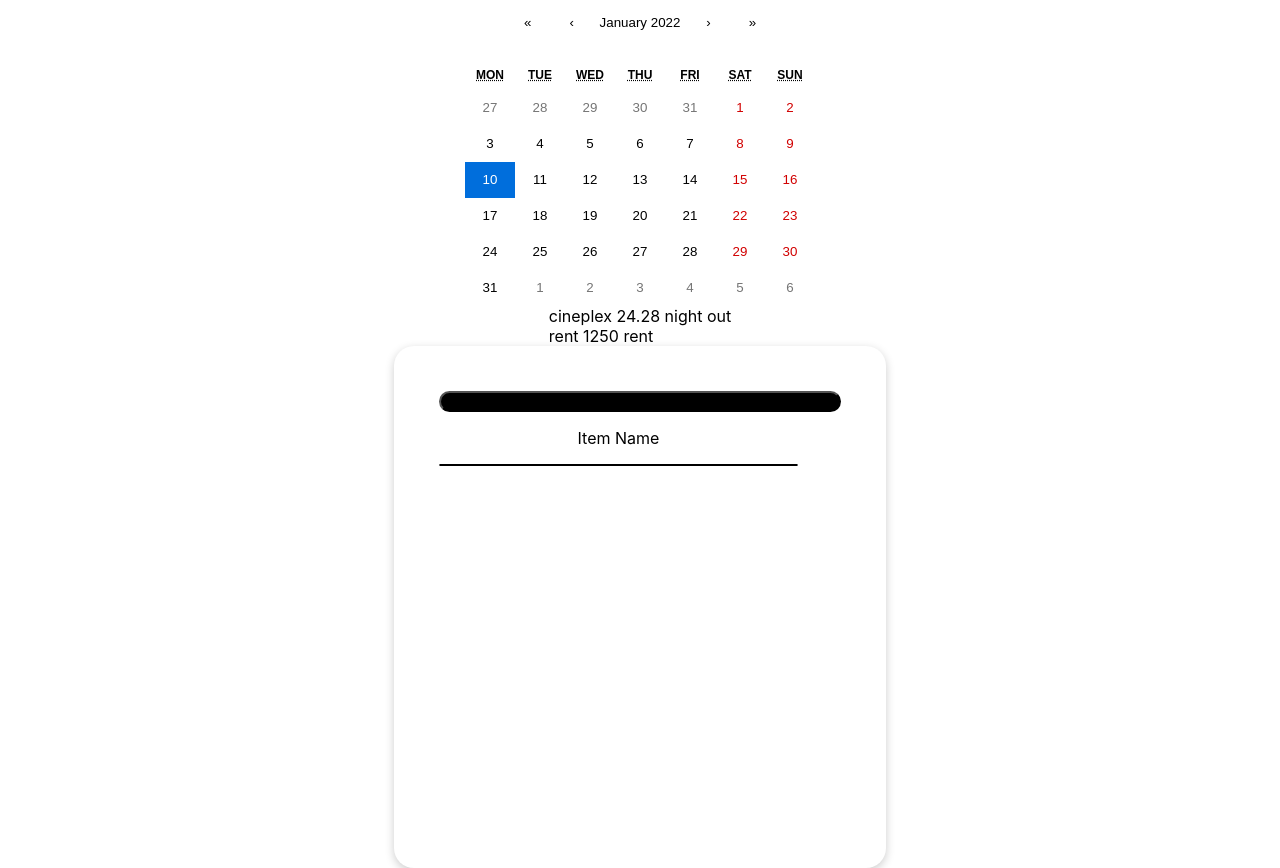
Repository: julianm09/expense-tracker
Page: /
An editor plug-in stored every save of this project. The page is shown before and after the next save, followed by the edit.
The browser window is 1280 px wide. The pictures show the whole page.
The project was rebuilt for these pictures with package versions that can differ from the ones it lists, and the page was loaded fresh each time. The framework's server and built-in components were replaced by stand-ins that run in the browser. Also part of the build but not shown: next.config.js.

Above is the page before, as saved 2022-01-10 14:58:20.

After the next save:
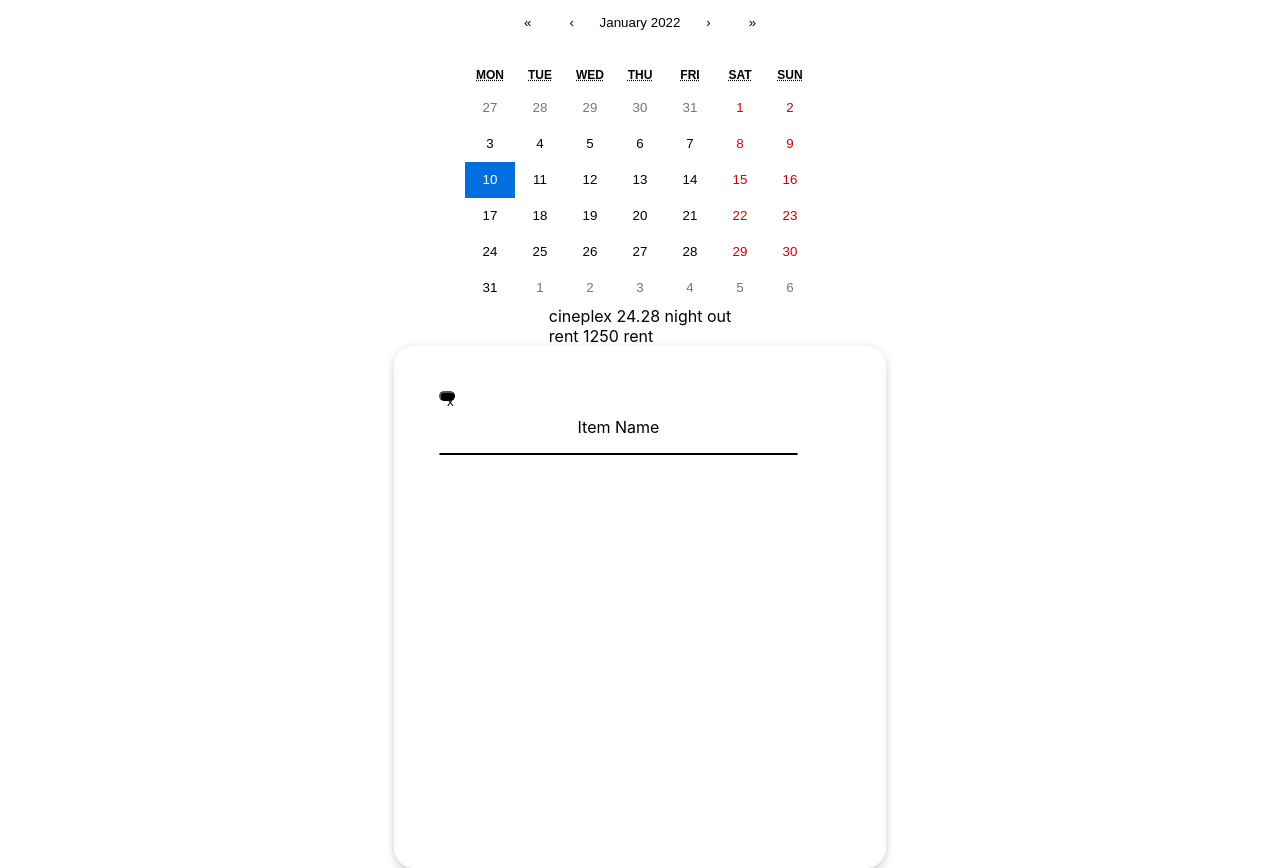
Saved 8 s later.
--- a/comps/popup.js
+++ b/comps/popup.js
@@ -14,6 +14,8 @@ const Cont = styled.div`
 const XButton = styled.button`
   border-radius: 100px;
   background-color: #000;
+  width: 10px;
+  height: 10px;
 `;
 
 const TextCont = styled.div`
